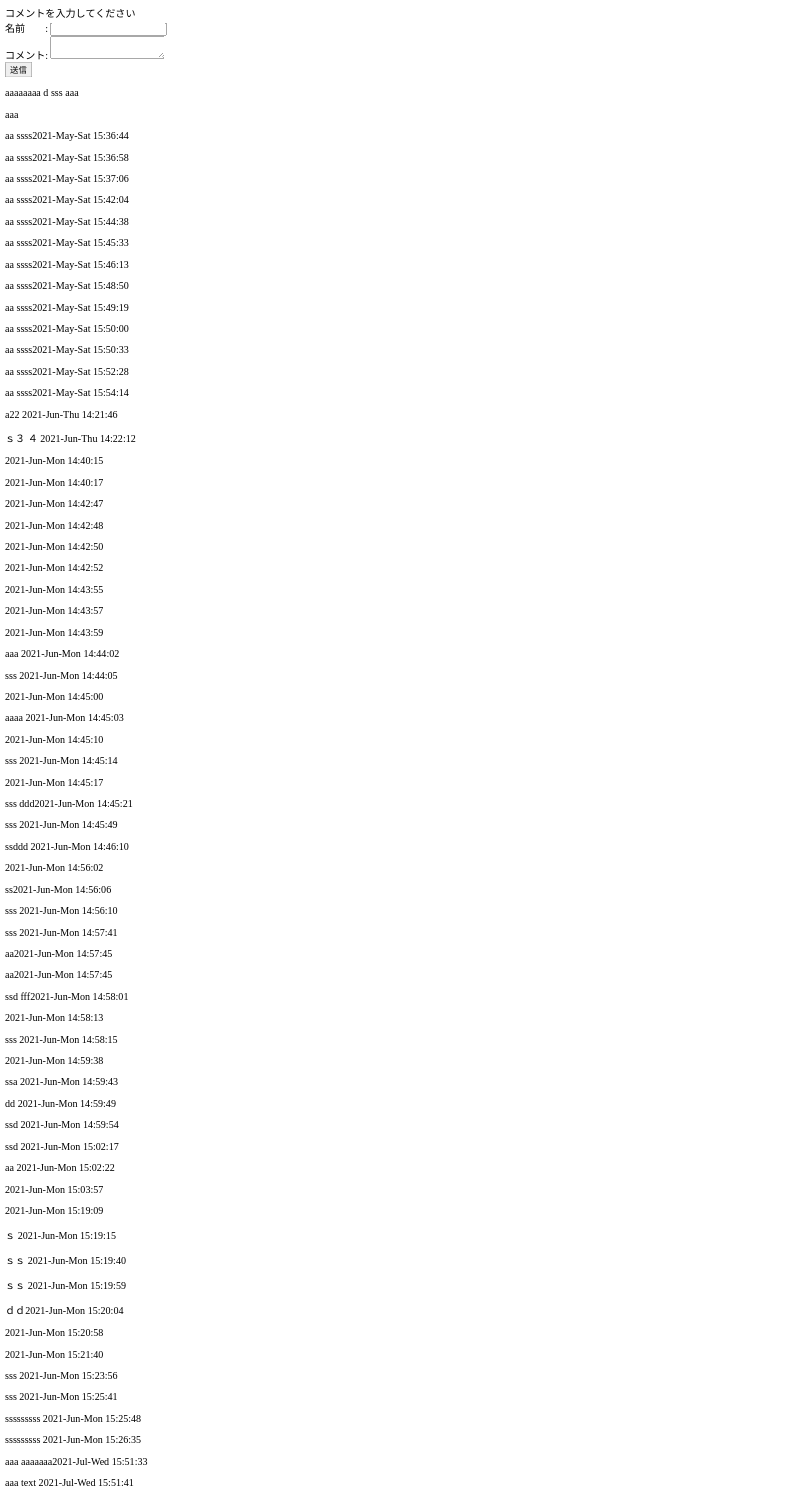
Repository: kawahito05-work/dc_work_nakano_kawahito_php
Page: http://localhost/htdocs/bbs.php
The author's editor kept a record of every edit. The page is drawn from the files as they stood at one moment, then again after the next edit.
The browser window is 1280 px wide. The pictures show the whole page, at 63% of full size.
The page is run by PHP 8.4 with error messages shown; the project is at /var/www/html/.

Above is the page before.

### htdocs/bbs.php
<?php
$name = '';
$comment = '';
$data = '';
$log = date('Y-M-D H:i:s');
$filename = 'bbs_file.txt';


if(isset($_POST['name'])===TRUE){
    $name = $_POST['name'];
}

if(isset($_POST['comment'])===TRUE){
    $comment = $_POST['comment'];
}

//if (mb_strlen($name) > 20) {
//    print '名前は20文字以内でお願いします'."\n";
//}
//if (mb_strlen($comment) > 100) {
//    print 'コメントは100文字以内でお願いします'."\n";
//}

//if (mb_strlen($comment) === 0) {
//    print '名前を入力してください'."\n";
//}
//if (mb_strlen($comment) === 0) {
//    print 'コメントを入力してください'."\n";
//}

//if (preg_match("/[0-9]/", $name)) {
//    echo "名前に数字が含まれています";
//}
//
//if (preg_match("/[0-9]/", $comment)) {
//    echo "コメントに数字が含まれています";
//}

if (mb_strlen($name) > 20) {
    print '名前は20文字以内でお願いします';
} elseif (mb_strlen($comment) > 100) {
    print 'コメントは100文字以内でお願いします';
//} elseif (mb_strlen($name) === 0) {
//    print '名前を入力してください';
//} elseif (mb_strlen($comment) === 0) {
//    print 'コメントを入力してください';
} else if ($name !== '') {
    print '名前を入力してください';
} elseif (mb_strlen($comment) === 0) {
    print 'コメントを入力してください';
} else {
    $data = $name.' '.$comment.$log."\n";
}

if ($data !== ''){
    if ($_SERVER['REQUEST_METHOD'] === 'POST'){
        if(($fp = fopen($filename, 'a')) !== FALSE ) {
            if(fwrite($fp, $data) === FALSE){
                print '書き込み失敗';
            }
            fclose($fp);
        }
    }
}

$history = [];

if (is_readable($filename) === TRUE) {
    if (($fp = fopen($filename, 'r')) !== FALSE) {
        while (($tmp = fgets($fp)) !== FALSE) {
            $history[] = htmlspecialchars($tmp, ENT_QUOTES, 'UTF-8');
        }
        fclose($fp);
    }
}

?>

<!DOCTYPE html>
<html lang="ja">
<head>
<link rel="stylesheet" href="style.css">
    <meta charset="ja">
    <title></title>
</head>
<body>
    <form method="POST">
        名前　　:
        <input type="text" name="name">
        <div class="box">
        コメント:
        <textarea name="comment">
        </textarea>
        </div>
        <input type="submit" name="submit" value="送信">

    </form>
<?php foreach ($history as $read) { ?>
    <p><?php print $read; ?></p>
<?php } ?>
</body>
</html>

### htdocs/bbs_file.txt
aaaaaaaa d  sss aaa
aaa
aa ssss2021-May-Sat 15:36:44
aa ssss2021-May-Sat 15:36:58
aa ssss2021-May-Sat 15:37:06
aa ssss2021-May-Sat 15:42:04
aa ssss2021-May-Sat 15:44:38
aa ssss2021-May-Sat 15:45:33
aa ssss2021-May-Sat 15:46:13
aa ssss2021-May-Sat 15:48:50
aa ssss2021-May-Sat 15:49:19
aa ssss2021-May-Sat 15:50:00
aa ssss2021-May-Sat 15:50:33
aa ssss2021-May-Sat 15:52:28
aa ssss2021-May-Sat 15:54:14
a22         2021-Jun-Thu 14:21:46
ｓ３     ４    2021-Jun-Thu 14:22:12
         2021-Jun-Mon 14:40:15
         2021-Jun-Mon 14:40:17
         2021-Jun-Mon 14:42:47
         2021-Jun-Mon 14:42:48
         2021-Jun-Mon 14:42:50
         2021-Jun-Mon 14:42:52
         2021-Jun-Mon 14:43:55
         2021-Jun-Mon 14:43:57
         2021-Jun-Mon 14:43:59
aaa         2021-Jun-Mon 14:44:02
sss         2021-Jun-Mon 14:44:05
         2021-Jun-Mon 14:45:00
aaaa         2021-Jun-Mon 14:45:03
         2021-Jun-Mon 14:45:10
sss         2021-Jun-Mon 14:45:14
         2021-Jun-Mon 14:45:17
sss         ddd2021-Jun-Mon 14:45:21
sss         2021-Jun-Mon 14:45:49
ssddd         2021-Jun-Mon 14:46:10
         2021-Jun-Mon 14:56:02
         ss2021-Jun-Mon 14:56:06
sss         2021-Jun-Mon 14:56:10
sss         2021-Jun-Mon 14:57:41
 aa2021-Jun-Mon 14:57:45
 aa2021-Jun-Mon 14:57:45
ssd fff2021-Jun-Mon 14:58:01
         2021-Jun-Mon 14:58:13
sss         2021-Jun-Mon 14:58:15
         2021-Jun-Mon 14:59:38
        ssa 2021-Jun-Mon 14:59:43
        dd 2021-Jun-Mon 14:59:49
ssd         2021-Jun-Mon 14:59:54
ssd         2021-Jun-Mon 15:02:17
aa         2021-Jun-Mon 15:02:22
         2021-Jun-Mon 15:03:57
         2021-Jun-Mon 15:19:09
ｓ         2021-Jun-Mon 15:19:15
ｓｓ         2021-Jun-Mon 15:19:40
ｓｓ         2021-Jun-Mon 15:19:59
         ｄｄ2021-Jun-Mon 15:20:04
         2021-Jun-Mon 15:20:58
         2021-Jun-Mon 15:21:40
sss         2021-Jun-Mon 15:23:56
sss         2021-Jun-Mon 15:25:41
sssssssss         2021-Jun-Mon 15:25:48
sssssssss         2021-Jun-Mon 15:26:35
aaa         aaaaaaa2021-Jul-Wed 15:51:33
aaa        text 2021-Jul-Wed 15:51:41

### htdocs/php09/style.css
td{
    border: 1px solid;
}

After the next edit:
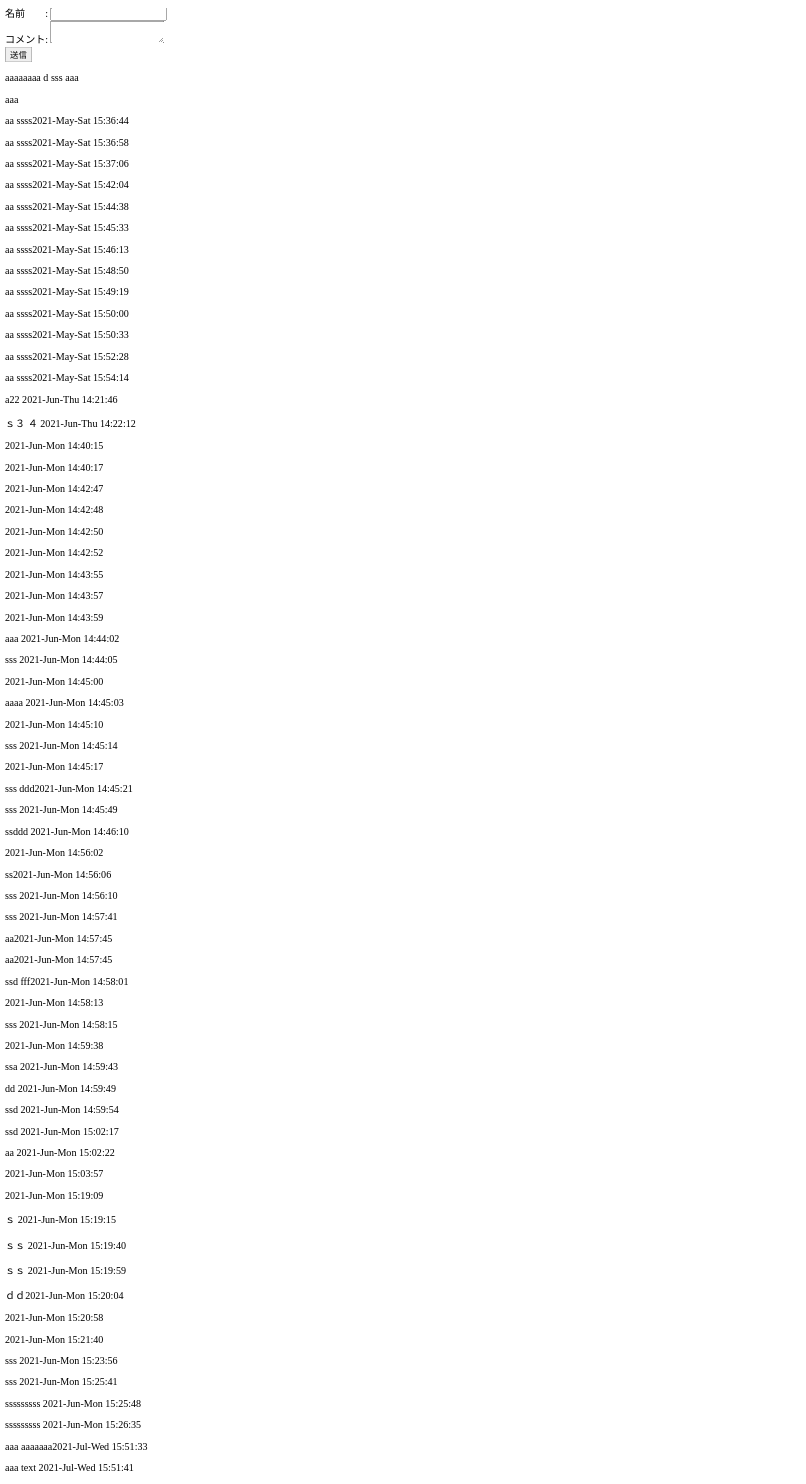
The edit:
--- a/htdocs/bbs.php
+++ b/htdocs/bbs.php
@@ -46,7 +46,7 @@
 //    print 'コメントを入力してください';
 } else if ($name !== '') {
     print '名前を入力してください';
-} elseif (mb_strlen($comment) === 0) {
+} elseif ($comment !== '') {
     print 'コメントを入力してください';
 } else {
     $data = $name.' '.$comment.$log."\n";

After the edit that followed:
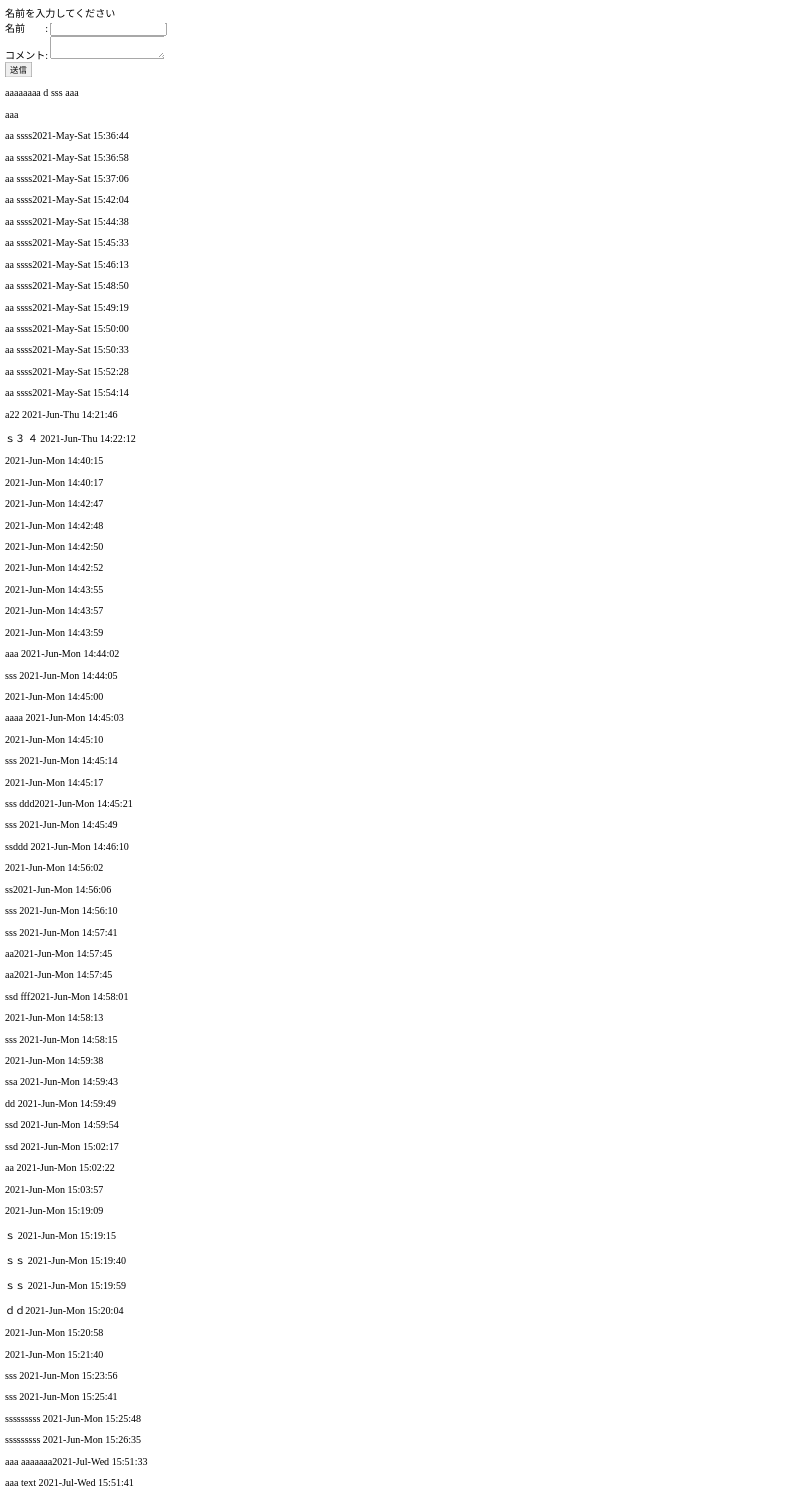
The edit:
--- a/htdocs/bbs.php
+++ b/htdocs/bbs.php
@@ -44,7 +44,7 @@
 //    print '名前を入力してください';
 //} elseif (mb_strlen($comment) === 0) {
 //    print 'コメントを入力してください';
-} else if ($name !== '') {
+} else if ($name === '') {
     print '名前を入力してください';
 } elseif ($comment !== '') {
     print 'コメントを入力してください';
